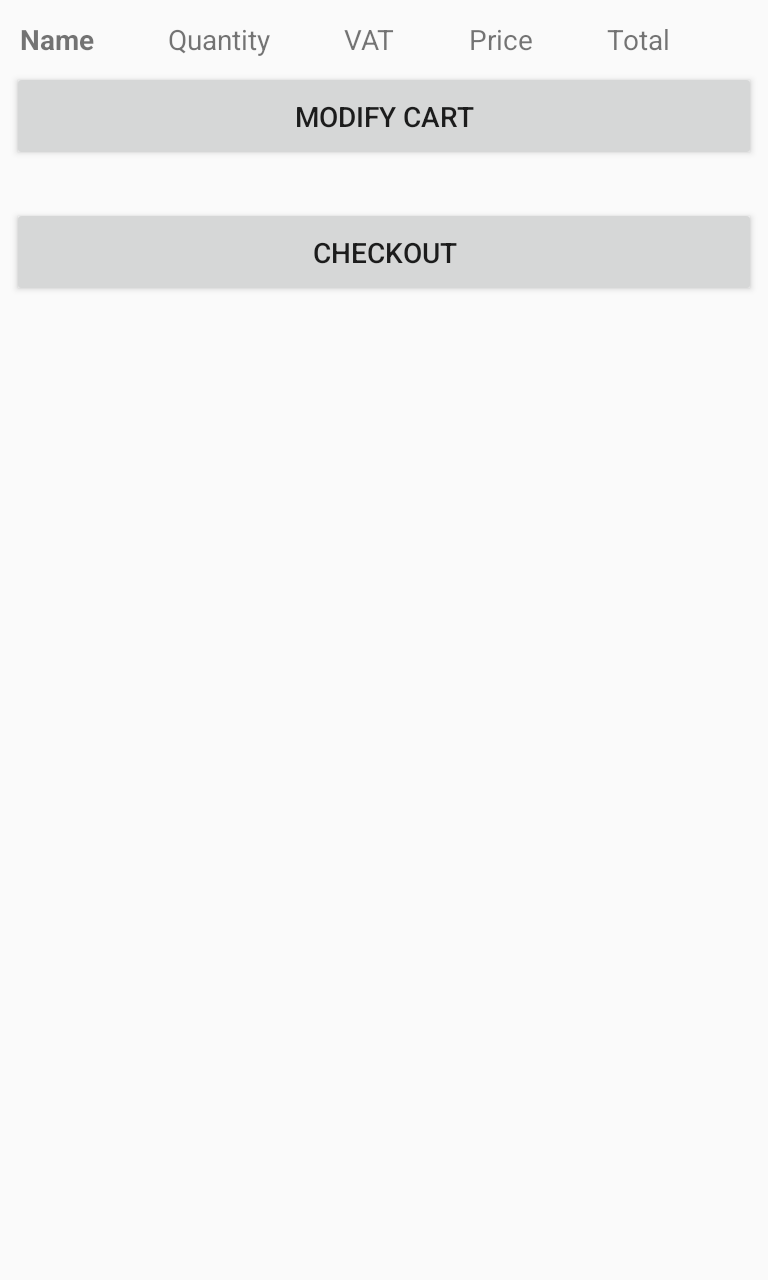
Repository: ThatCrazyIrishGuy/guiAndroidAssignment
Layout: ShoppingList/res/layout/checkout_view.xml
These files come from the project's save history. The layout is drawn as it stood at one moment and after the next save; the edit follows.
It is drawn on a 768 x 1280 px phone screen (xhdpi) without system bars, with theme AppTheme; the app's code is not run.

Above is the layout before, as saved 2014-11-14 23:41:55.

### ShoppingList/res/layout/checkout_view.xml
<ScrollView xmlns:android="http://schemas.android.com/apk/res/android"
    xmlns:tools="http://schemas.android.com/tools"
    android:layout_width="fill_parent" android:layout_height="fill_parent">
   	<RelativeLayout
    android:layout_width="match_parent"
    android:layout_height="wrap_content"
    android:padding="5dp" >
		<TableLayout
		    android:id="@+id/purchases"
		    android:layout_width="match_parent"
		    android:layout_height="wrap_content"
			android:stretchColumns="*"
		    tools:ignore="UselessParent"
		    android:padding="5dp">
		    <TableRow android:id="@+id/header">
		        <TextView
		            android:text="@string/tableHeaderName" />
		        <TextView
		            android:text="Quantity" />
		 	        <TextView
		            android:text="VAT" />
		       	<TextView
		            android:text="Price" />
		       	<TextView
		            android:text="Total" />
		    </TableRow>
		</TableLayout>

		<Button
        android:layout_below="@+id/purchases"
        android:id="@+id/modifyCart"
        android:layout_width="fill_parent"
        android:layout_height="wrap_content"
        android:text ="@string/modifyCart"
        android:layout_marginBottom="20dp"  />

		<Button
        android:layout_below="@+id/modifyCart"
        android:id="@+id/checkout"
        android:layout_width="fill_parent"
        android:layout_height="wrap_content"
        android:text ="@string/checkout"  />
	</RelativeLayout>
</ScrollView>

Loaded but not shown: ShoppingList/res/values/styles.xml (common file); ShoppingList/res/values-v11/styles.xml (common file); ShoppingList/res/values-v14/styles.xml (common file); ShoppingList/res/values/strings.xml (759 lines, source omitted)

After the next save:
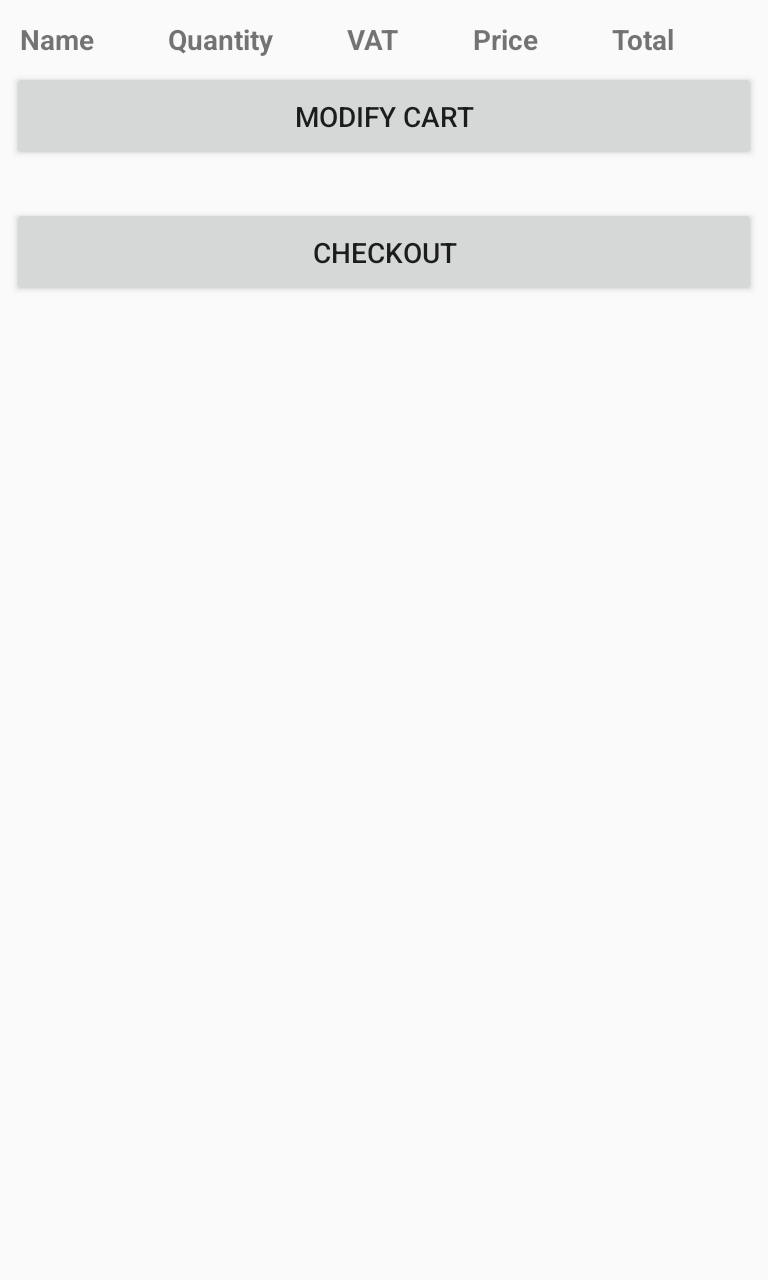
Saved 51 s later.
--- a/ShoppingList/res/layout/checkout_view.xml
+++ b/ShoppingList/res/layout/checkout_view.xml
@@ -16,13 +16,13 @@
 		        <TextView
 		            android:text="@string/tableHeaderName" />
 		        <TextView
-		            android:text="Quantity" />
+		            android:text="@string/tableHeaderQuantity" />
 		 	        <TextView
-		            android:text="VAT" />
+		            android:text="@string/tableHeaderVAT" />
 		       	<TextView
-		            android:text="Price" />
+		            android:text="@string/tableHeaderPrice" />
 		       	<TextView
-		            android:text="Total" />
+		            android:text="@string/tableHeaderTotal" />
 		    </TableRow>
 		</TableLayout>
 
